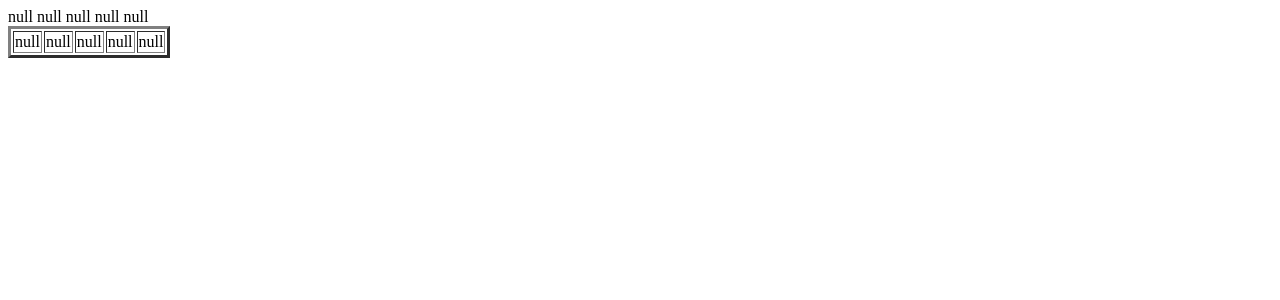
Repository: vima107/JDBC-CRUD-OPERATIONS
Page: http://localhost/get-result-mvc/getResultSuccess.jsp
An editor plug-in stored every save of this project. The page is shown before and after the next save, followed by the edit.
The browser window is 1280 px wide. The pictures show the whole page.
The page is served by Tomcat 9.

Above is the page before, as saved 2024-10-14 11:08:54.

After the next save:
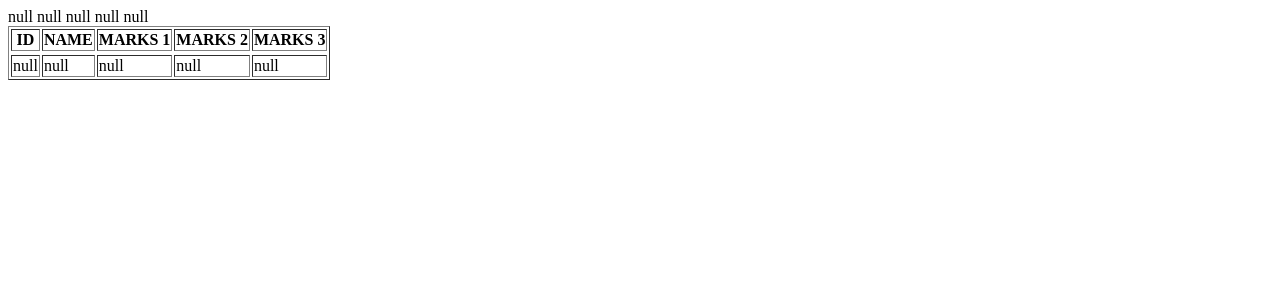
Saved 3 min 12 s later.
--- a/get-result-mvc/src/main/webapp/getResultSuccess.jsp
+++ b/get-result-mvc/src/main/webapp/getResultSuccess.jsp
@@ -18,7 +18,19 @@
 	out.println(id+" "+name+" "+" "+marks1+" "+marks2+" "+marks3);
 
 %>
- <table border=3>
+ <table border=1>
+ 	<thead>
+ 		<tr>
+ 		<th>ID</th>
+ 		<th>NAME</th>
+ 		<th>MARKS 1</th>
+ 		<th>MARKS 2</th>
+ 		<th>MARKS 3</th>
+ 		</tr>
+ 	</thead>
+ 	<tr>
+
+ 	</tr>
  	<tr>
  		<td><%= id %></td>
  		<td><%= name %></td>
